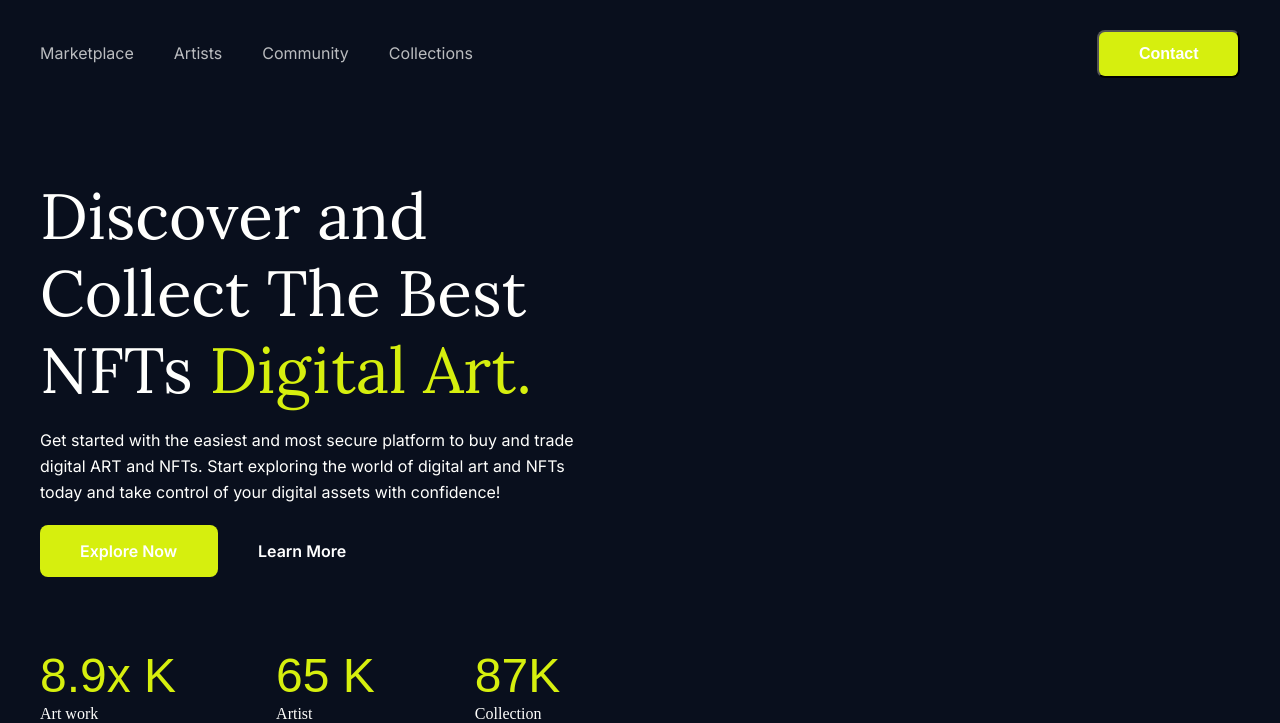
Repository: Kamron5505/NftMarketplace
Page: index.html
An editor plug-in stored every save of this project. The page is shown before and after the next save, followed by the edit.
The browser window is 1280 px wide. The pictures show the whole page.
Some web fonts or font styles are not loaded; a fallback is used.

Above is the page before, as saved 2025-07-08 13:33:03.

After the next save:
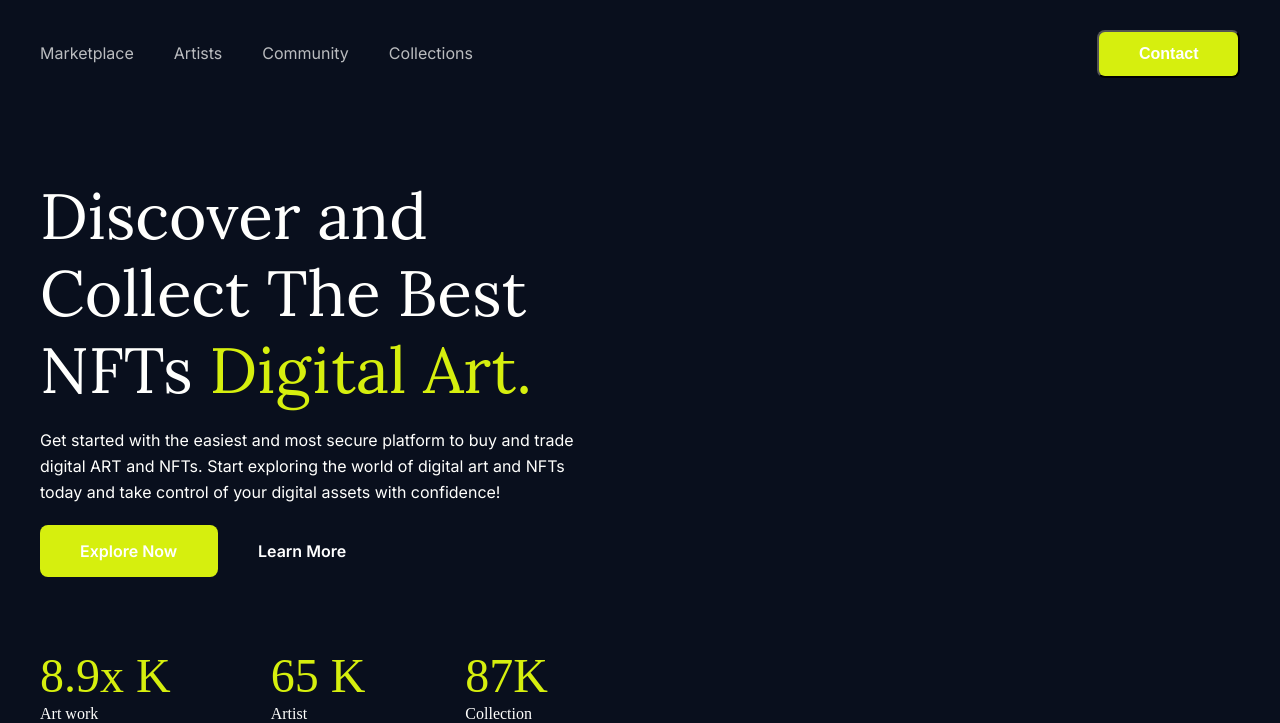
Saved 11 s later.
--- a/style.css
+++ b/style.css
@@ -162,7 +162,6 @@ h6 {
 }
 
 .number {
-    font-family: var(--third-family);
     font-weight: 500;
     font-size: 48px;
     line-height: 120%;
